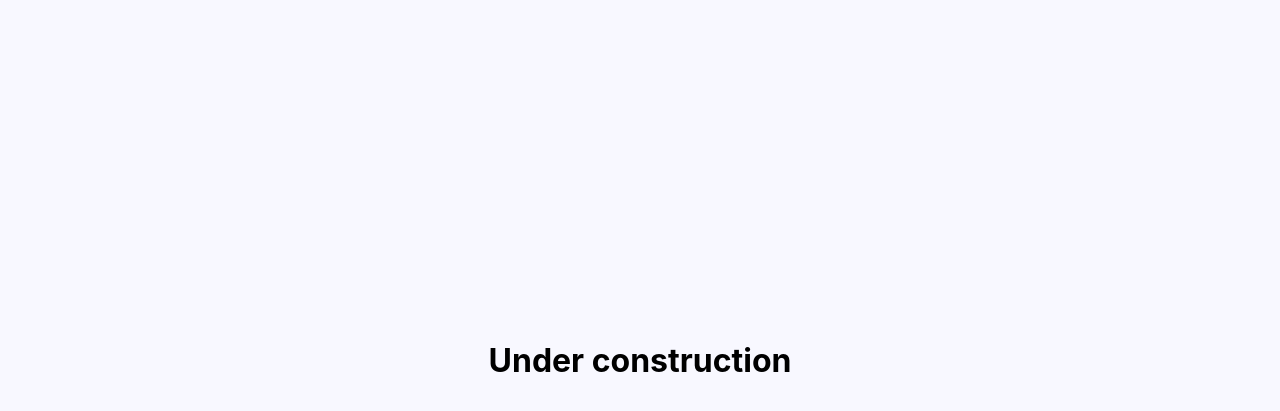
Repository: G1ft-Banda/My-portfolio-Website
Page: /projects
An editor plug-in stored every save of this project. The page is shown before and after the next save, followed by the edit.
The browser window is 1280 px wide. The pictures show the whole page.
The project was rebuilt for these pictures with package versions that can differ from the ones it lists, and the page was loaded fresh each time. The framework's server and built-in components were replaced by stand-ins that run in the browser. Also part of the build but not shown: next.config.js.

Above is the page before, as saved 2022-09-29 11:56:38.

### pages/_app.js
import "../styles/globals.css";
import Head from "next/head";

function MyApp({ Component, pageProps }) {
  return (
    <>
      <Head>
        <script
          src="https://kit.fontawesome.com/d14a45b8f3.js"
          crossorigin="anonymous"
        ></script>
      </Head>
      <Component {...pageProps} />
    </>
  );
}

export default MyApp;

### pages/projects.js
import React from "react";

function projects() {
  return (
    <main>
      <h1>Under construction</h1>
    </main>
  );
}

export default projects;

### styles/globals.css
html,
body {
  padding: 0;
  margin: 0;
  font-family: -apple-system, BlinkMacSystemFont, Segoe UI, Roboto, Oxygen,
    Ubuntu, Cantarell, Fira Sans, Droid Sans, Helvetica Neue, sans-serif;
  background-color: ghostwhite;
}

a {
  color: inherit;
  text-decoration: none;
}

* {
  box-sizing: border-box;
}

main {
  min-width: 100vw;
  min-height: 100vh;
  display: grid;
  place-content: center;
}

.avatar {
  border-radius: 50%;
  max-width: fit-content;
  margin: auto;
  width: 150px;
}
ul {
  margin: 0;
  padding: 20px;
}

.social-links {
  text-decoration: none;
  font-size: 25px;
  display: flex;
  flex-wrap: wrap;
  gap: 10px;
  align-items: center;
  font-weight: 100;
  padding: 4px;
  margin-bottom: 6px;
  justify-content: center;
}

.social-links > a:hover {
  text-decoration: underline;
}

@media (prefers-color-scheme: dark) {
  html {
    color-scheme: dark;
  }
  body {
    color: white;
    background: black;
  }
}

After the next save:
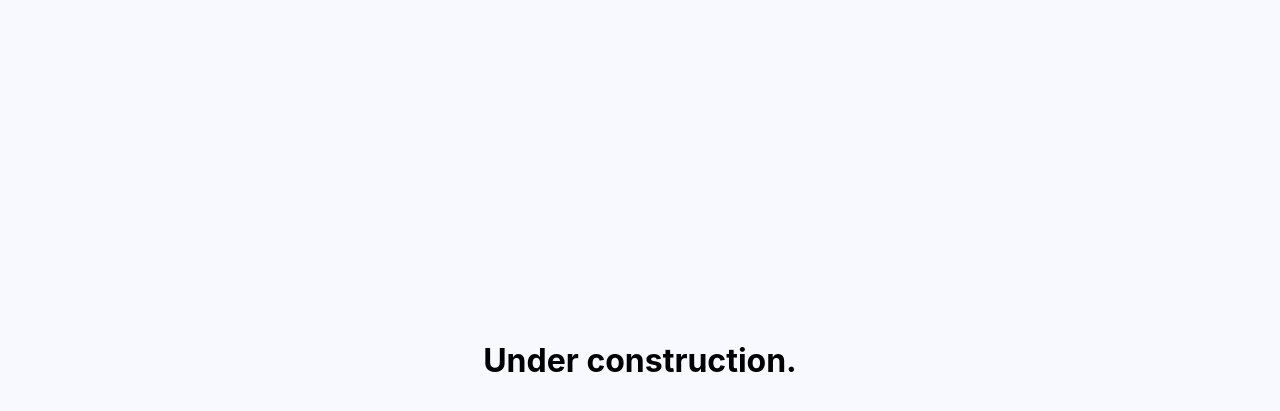
Saved 5 s later.
--- a/pages/projects.js
+++ b/pages/projects.js
@@ -3,7 +3,7 @@ import React from "react";
 function projects() {
   return (
     <main>
-      <h1>Under construction</h1>
+      <h1>Under construction.</h1>
     </main>
   );
 }
